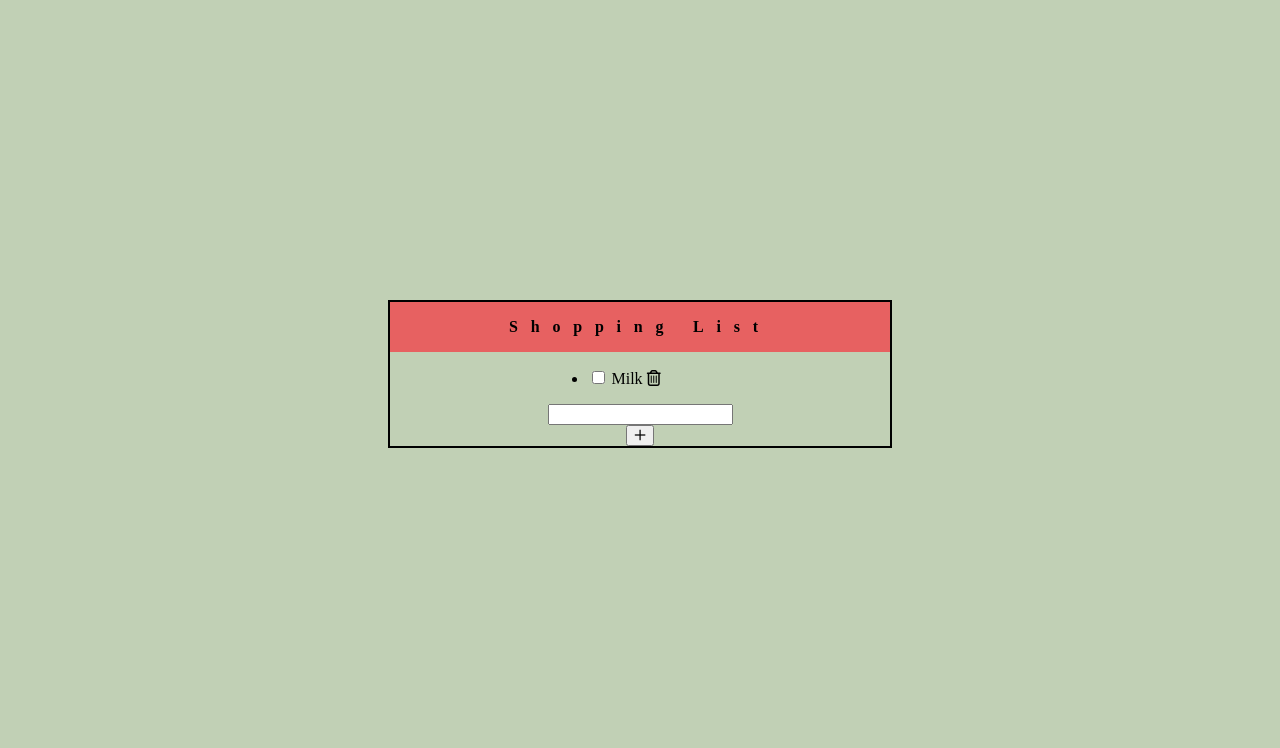
Repository: sephinejo/shopping-list-app
Page: index.html
An editor plug-in stored every save of this project. The page is shown before and after a run of saves, followed by the edit.
The browser window is 1280 px wide. The pictures show the whole page.
Some web fonts or font styles are not loaded; a fallback is used. Some web libraries are served in a nearby version.

Above is the page before, as saved 2023-05-11 18:22:43.

### index.html
<!DOCTYPE html>
<html lang="en">
  <head>
    <meta charset="UTF-8" />
    <meta http-equiv="X-UA-Compatible" content="IE=edge" />
    <meta name="viewport" content="width=device-width, initial-scale=1.0" />
    <title>Shopping List 🛍️🛒</title>
    <link rel="preconnect" href="https://fonts.googleapis.com" />
    <link rel="preconnect" href="https://fonts.gstatic.com" crossorigin />
    <link rel="preconnect" href="https://fonts.googleapis.com" />
    <link rel="preconnect" href="https://fonts.gstatic.com" crossorigin />
    <link rel="preconnect" href="https://fonts.googleapis.com" />
    <link rel="preconnect" href="https://fonts.gstatic.com" crossorigin />
    <link rel="preconnect" href="https://fonts.googleapis.com" />
    <link rel="preconnect" href="https://fonts.gstatic.com" crossorigin />
    <link
      href="https://fonts.googleapis.com/css2?family=Alice&family=Open+Sans:wght@300;400;700;800&family=Raleway:wght@400;600;700;800&family=Roboto+Mono:wght@300;400;500;700&family=Roboto:wght@400;500&family=Ubuntu:wght@400;700&display=swap"
      rel="stylesheet"
    />
    <script
      src="https://kit.fontawesome.com/9ac80604cb.js"
      crossorigin="anonymous"
    ></script>
    <link rel="stylesheet" href="style.css" />
    <script src="main.js" defer></script>
  </head>
  <body>
    <div class="container">
      <header>
        <p class="title">Shopping List</p>
      </header>
      <main>
        <ul class="items">
          <li class="item">
            <input type="checkbox" />
            <label for="item">Milk</label>
            <i class="fa-regular fa-trash-can"></i>
          </li>
        </ul>
        <div class="input">
          <input type="text" />
        </div>
      </main>
      <footer>
        <button class="add">
          <i class="fa-regular fa-plus"></i>
        </button>
      </footer>
    </div>
  </body>
</html>

### style.css
body {
  margin: 0 auto;
  background-color: #c1d0b5;
}

.container {
  margin: 300px auto;
  width: 500px;
  border: 2px solid black;
  display: flex;
  flex-direction: column;
  align-items: center;
}

header {
  width: 100%;
  text-align: center;
  font-family: 'Open sa'
  color: white;
  letter-spacing: 0.8rem;
  font-weight: 700;
  background-color: #e76161;
}

Loaded but not shown: main.js (no copy from this time; the picture is the same without it)

After the next 3 saves:
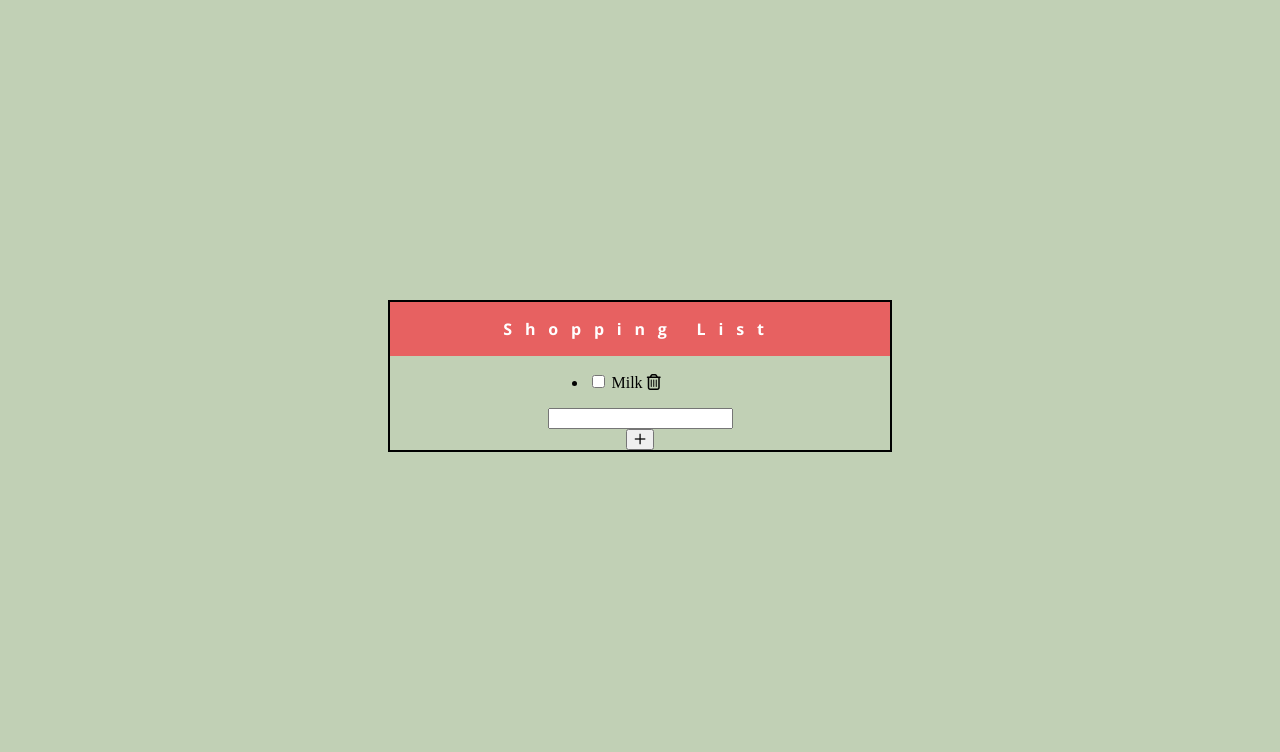
The 3 saves are shown as one change because they came seconds apart.
The last was saved 11 s later.
--- a/style.css
+++ b/style.css
@@ -15,7 +15,7 @@ body {
 header {
   width: 100%;
   text-align: center;
-  font-family: 'Open sa'
+  font-family: 'Open Sans';
   color: white;
   letter-spacing: 0.8rem;
   font-weight: 700;
